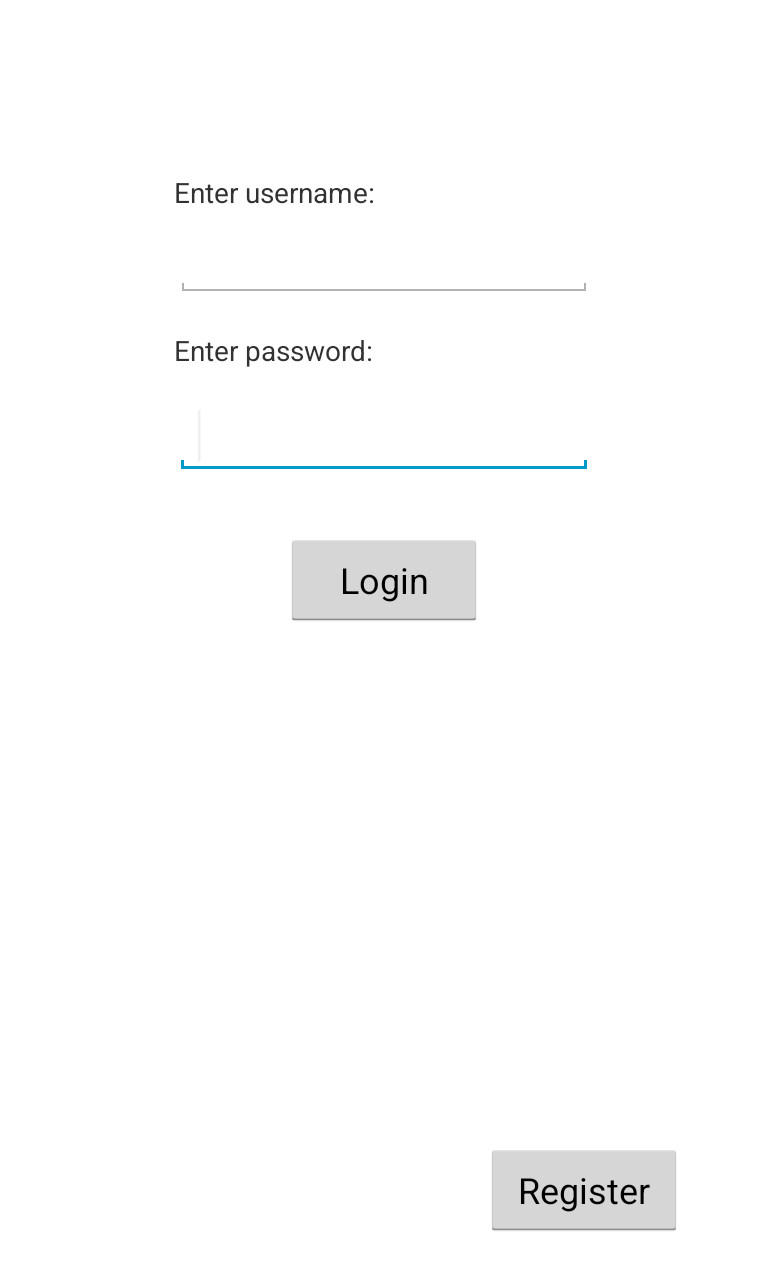
Repository: Codlex/JSMS
Layout: AndroidClient/res/layout/activity_main.xml
An editor plug-in stored every save of this project. The layout is shown before and after the next save, followed by the edit.
It is drawn on a 768 x 1280 px phone screen (xhdpi) without system bars, with theme AppTheme; the app's code is not run.

Above is the layout before, as saved 2013-01-04 14:46:36.

### AndroidClient/res/layout/activity_main.xml
<RelativeLayout xmlns:android="http://schemas.android.com/apk/res/android"
    xmlns:tools="http://schemas.android.com/tools"
    android:layout_width="match_parent"
    android:layout_height="match_parent"
    tools:context=".MainActivity" >

    <TextView
        android:id="@+id/text1"
        android:layout_width="wrap_content"
        android:layout_height="wrap_content"
        android:layout_alignBottom="@+id/username"
        android:layout_alignLeft="@+id/username"
        android:layout_alignRight="@+id/username"
   		android:text="@string/username"
        android:layout_marginBottom="44dp" />

    <TextView
        android:id="@+id/text2"
        android:layout_width="wrap_content"
        android:layout_height="wrap_content"
        android:layout_alignLeft="@+id/username"
        android:layout_below="@+id/text1"
        android:layout_marginTop="16dp"
        android:text="@string/password" />

    <EditText
        android:id="@+id/username"
        android:layout_width="wrap_content"
        android:layout_height="wrap_content"
        android:layout_alignParentTop="true"
        android:layout_centerHorizontal="true"
        android:layout_marginTop="110dp"
        android:ems="10"
        android:inputType="textPersonName" />

    <EditText
        android:id="@+id/password"
        android:layout_width="wrap_content"
        android:layout_height="wrap_content"
        android:layout_alignLeft="@+id/text2"
        android:layout_below="@+id/text2"
        android:layout_marginTop="14dp"
        android:ems="10"
        android:inputType="textPassword" >

        <requestFocus />
    </EditText>

    <Button
        android:id="@+id/registerb"
        android:layout_width="100dp"
        android:layout_height="wrap_content"
        android:layout_alignParentBottom="true"
        android:layout_marginBottom="21dp"
        android:layout_toRightOf="@+id/loginb"
        android:text="@string/register" />

    <Button
        android:id="@+id/loginb"
        android:layout_width="100dp"
        android:layout_height="wrap_content"
        android:layout_below="@+id/password"
        android:layout_centerHorizontal="true"
        android:layout_marginTop="28dp"
        android:text="@string/login" />

</RelativeLayout>

### AndroidClient/res/values/strings.xml
<?xml version="1.0" encoding="utf-8"?>
<resources>

    <string name="app_name">AndroidClient</string>
    <string name="hello_world">Hello world!</string>
    <string name="menu_settings">Settings</string>
    <string name="username">Enter username:</string>
    <string name="password">Enter password:</string>
    <string name="login">Login</string>
    <string name="register">Register</string>

</resources>

Loaded but not shown: AndroidClient/res/values/styles.xml (common file); AndroidClient/res/values-v11/styles.xml (common file); AndroidClient/res/values-v14/styles.xml (common file)

After the next save:
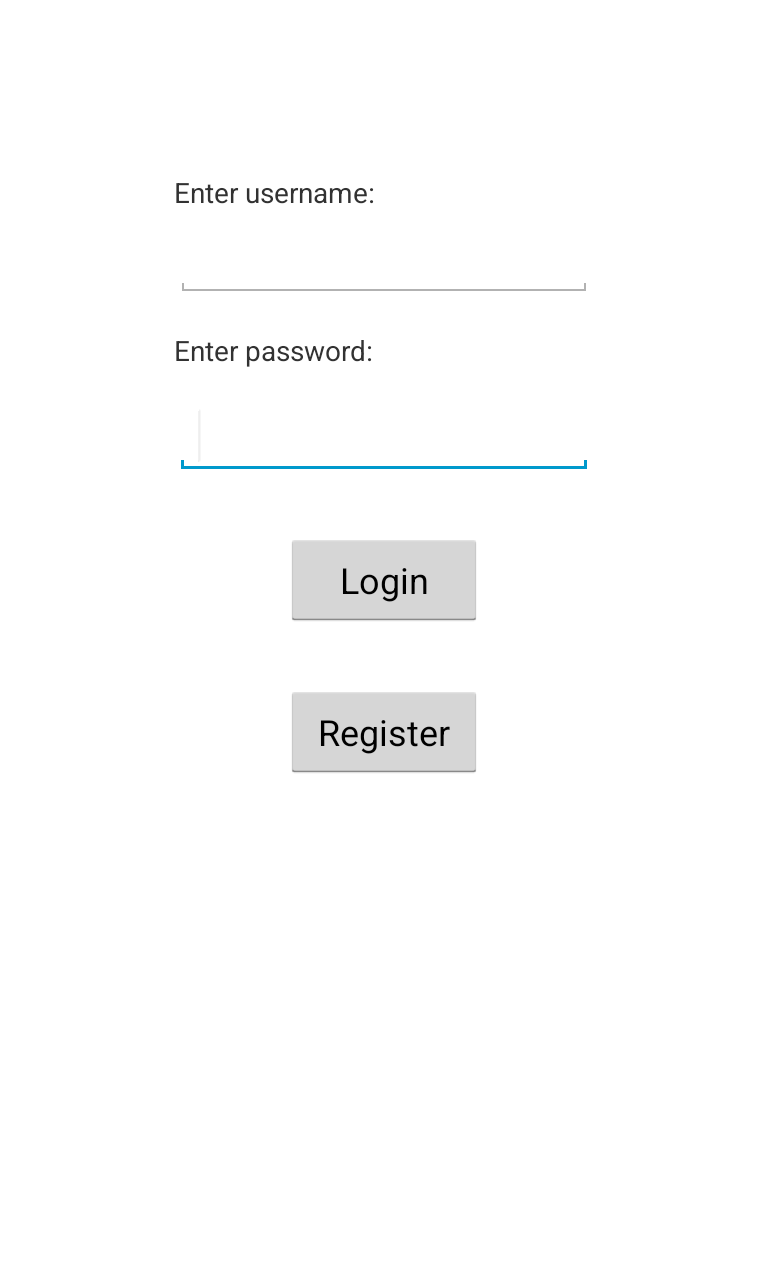
Saved 6 s later.
--- a/AndroidClient/res/layout/activity_main.xml
+++ b/AndroidClient/res/layout/activity_main.xml
@@ -47,15 +47,6 @@
     </EditText>
 
     <Button
-        android:id="@+id/registerb"
-        android:layout_width="100dp"
-        android:layout_height="wrap_content"
-        android:layout_alignParentBottom="true"
-        android:layout_marginBottom="21dp"
-        android:layout_toRightOf="@+id/loginb"
-        android:text="@string/register" />
-
-    <Button
         android:id="@+id/loginb"
         android:layout_width="100dp"
         android:layout_height="wrap_content"
@@ -64,4 +55,13 @@
         android:layout_marginTop="28dp"
         android:text="@string/login" />
 
+    <Button
+        android:id="@+id/registerb"
+        android:layout_width="100dp"
+        android:layout_height="wrap_content"
+        android:layout_alignLeft="@+id/loginb"
+        android:layout_below="@+id/loginb"
+        android:layout_marginTop="28dp"
+        android:text="@string/register" />
+
 </RelativeLayout>
